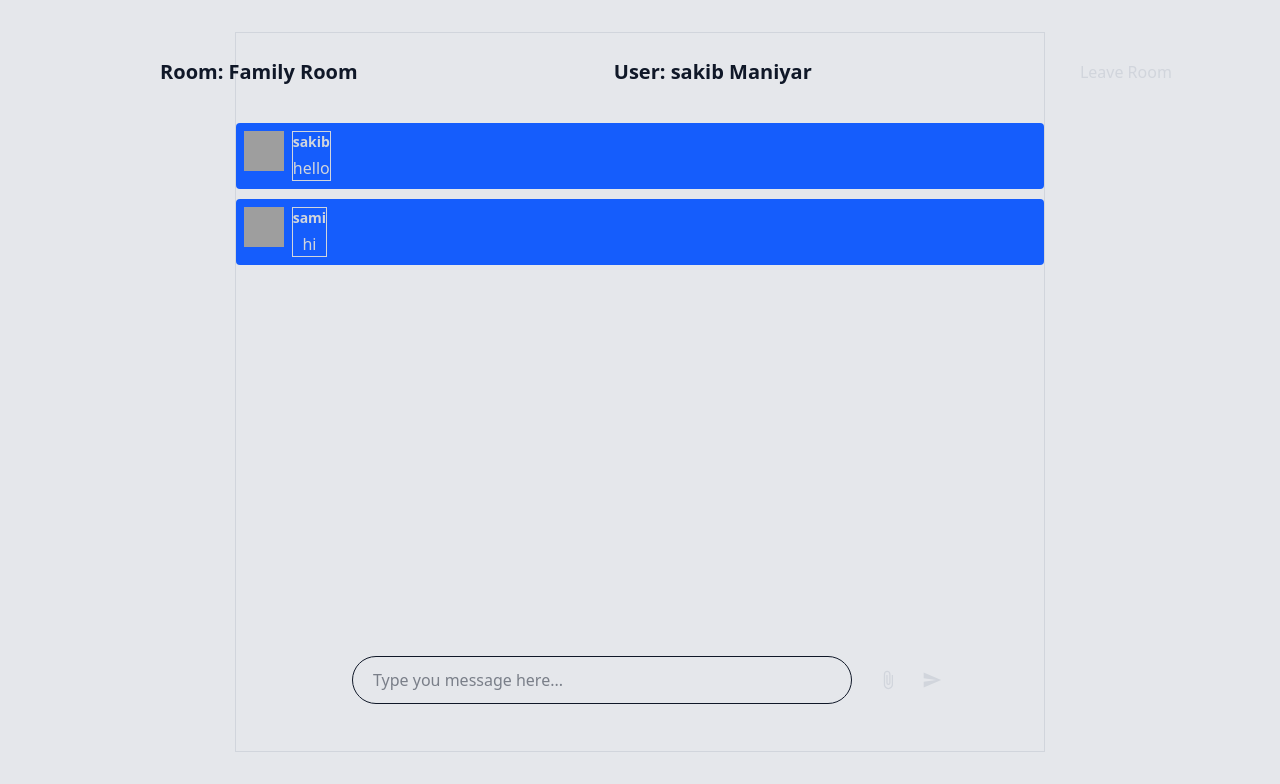
Repository: Saquib45/ChatApplication
Page: /chat (app in front-chat/)
These files come from the project's save history. The page is drawn as it stood at one moment and after the next save; the edit follows.
The browser window is 1280 px wide. The pictures show the whole page.
Pictures or frames that could not be fetched are drawn as grey boxes. The project was rebuilt for these pictures with package versions that can differ from the ones it lists, and the page was loaded fresh each time. Also part of the build but not shown: front-chat/vite.config.js, front-chat/src/components/JoinCreateChat.jsx, front-chat/src/App.jsx.

Above is the page before, as saved 2025-04-12 22:04:10.

### front-chat/index.html
<!doctype html>
<html lang="en" class="dark">
  <head>
    <meta charset="UTF-8" />
    <link rel="icon" type="image/svg+xml" href="/vite.svg" />
    <meta name="viewport" content="width=device-width, initial-scale=1.0" />
    <title>Room Chat App</title>
  </head>
  <body class="h-screen bg-gray-200 text-gray-900 dark:bg-gray-950 dark:text-gray-400">
    <div id="root"></div>
    <script type="module" src="/src/main.jsx"></script>
  </body>
</html>

### front-chat/src/main.jsx
import { StrictMode } from 'react'
import { createRoot } from 'react-dom/client'
import './index.css'
import { BrowserRouter} from 'react-router'
import AppRoutes from "./config/routes.jsx"
import { Toaster } from 'react-hot-toast'

createRoot(document.getElementById('root')).render(
  <StrictMode>
    <BrowserRouter>
      <Toaster/>
      <AppRoutes/>
    </BrowserRouter>
  </StrictMode>,
)

### front-chat/src/config/routes.jsx

import React from "react";
import { Routes,Route } from "react-router";
import App from "../App.jsx";
import ChatPage from "../components/ChatPage.jsx";
const AppRoutes = () => {
  return (
    <Routes>
        <Route path="/" element={<App />} />
        <Route path="/chat" element={<ChatPage/>} />
        <Route path="/about" element={<h1>This is about page</h1>} />
        <Route path="*" element={<h1>404 Not Found</h1>} />

      </Routes>
  );
}
export default AppRoutes;

### front-chat/src/components/ChatPage.jsx
import React from "react";
import {MdAttachFile, MdSend} from "react-icons/md";
import { useState ,useRef } from "react";

function ChatPage() {

    const [messages,setMessages]=useState([{content:"hello",sender:"sakib"},{content:"hi",sender:"sami"} ]);
    const [input,setInput]=useState("");
    const inputRef=useRef(null);
    const chatBoxRef=useRef(null);
    const [stompClient,setStompClient]=useState(null);
    const [roomId,setRoomId]=useState("");


    return(
        <div className="">
            {/* Header of the page */}
            <header className=" dark:border-gray-700 fixed w-full dark:bg-gray-900 py-5 flex justify-around items-center">

                {/* room name container */}
                <div>
                    <h1 className="text-xl font-semibold">Room: <span>Family Room</span></h1>
                </div>

                {/* username container */}
                <div>
                    <h1 className="text-xl font-semibold">
                        User: <span>sakib Maniyar</span>
                    </h1>
                </div>

                {/* button: leave room container */}
                <div>
                    <button className="dark:bg-red-500 hover:dark:bg-red-700 px-3 py-2 rounded-full text-gray-300">Leave Room</button>
                </div>
            </header>

            {/* chat container */}
            <main className="py-20 border w-2/3 dark:bg-slate-600 text-gray-300  mx-auto h-screen overflow-auto">
                {
                    messages.map((message,index)=>(
                        <div key={index} className="my-2.5 bg-blue-600 p-2 rounded">
                            <div className="flex flex-row gap-2">
                                <img className="h-10 w-10" src="https://avatar.iran.liara.run/public/43" alt="" />
                                <div className="border flex flex-col gap-1">
                                    <p className="text-sm font-bold">{message.sender}</p>
                                    <p>{message.content}</p>
                                </div>

                            </div>
                        </div>
                    ))
                }
            </main>


            {/* input message container */}
            <div className="fixed bottom-4 w-full h-12">
                <div className="h-full gap-4 pr-10 flex items-center justify-between  dark:border-gray-600 dark:bg-gray-900 rounded-full w-1/2 mx-auto">

                    <input type="text" placeholder="Type you message here..."

                        className="dark:border-gray-600  w-full border dark:bg-gray-800 rounded-full px-5 py-2 h-full  focus:outline-none"

                    />

                    <div className="flex gap-1">
                    <button className="dark:bg-purple-600  text-gray-300 h-10 w-10 flex justify-center items-center hover:dark:bg-purple-700 rounded-full">
                        <MdAttachFile size={20}/>
                    </button>
                    <button className="dark:bg-green-700  text-gray-300 h-10 w-10 flex justify-center items-center hover:dark:bg-green-800 rounded-full">
                        <MdSend size={20}/>
                    </button>
                    </div>
                </div>
            </div>
        </div>
    )
}

export default ChatPage;

Loaded but not shown: front-chat/src/index.css (common file); front-chat/src/App.css (common file)

After the next save:
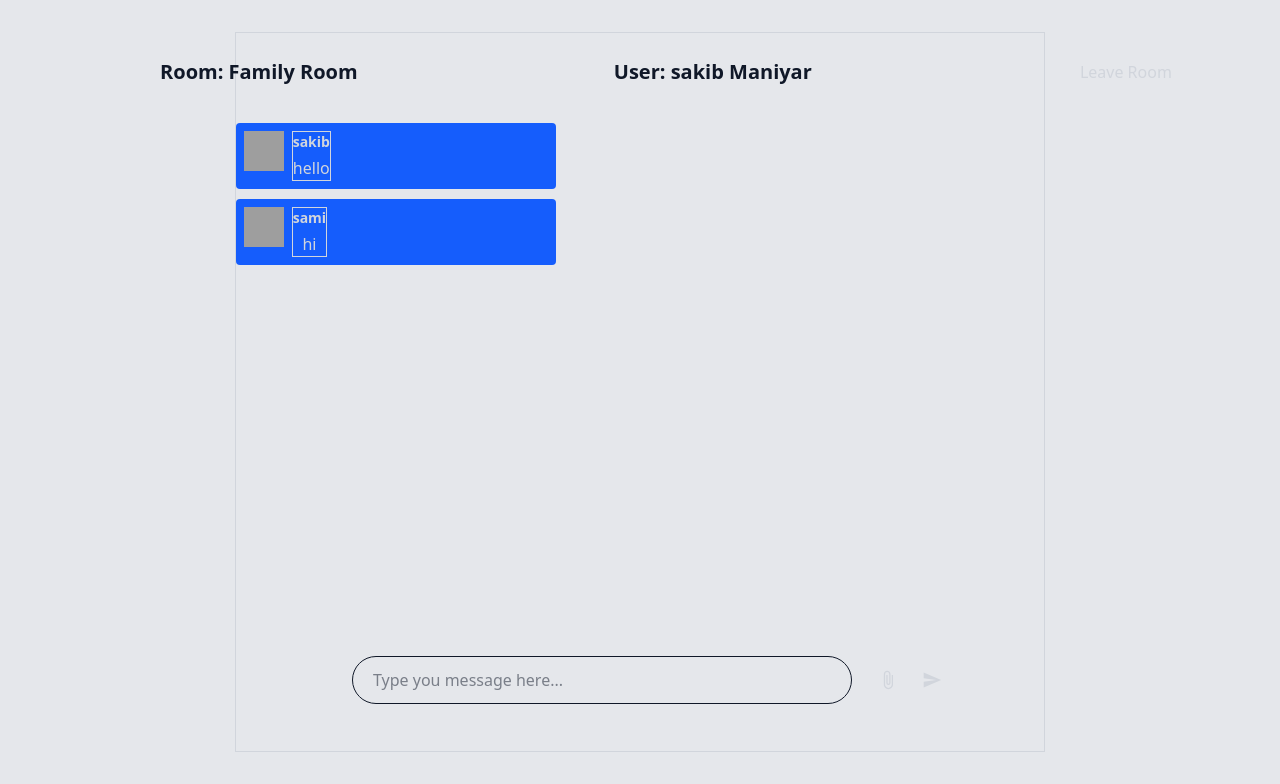
Saved 20 s later.
--- a/front-chat/src/components/ChatPage.jsx
+++ b/front-chat/src/components/ChatPage.jsx
@@ -39,7 +39,7 @@ function ChatPage() {
             <main className="py-20 border w-2/3 dark:bg-slate-600 text-gray-300  mx-auto h-screen overflow-auto">
                 {
                     messages.map((message,index)=>(
-                        <div key={index} className="my-2.5 bg-blue-600 p-2 rounded">
+                        <div key={index} className="my-2.5 bg-blue-600 w-xs p-2 rounded">
                             <div className="flex flex-row gap-2">
                                 <img className="h-10 w-10" src="https://avatar.iran.liara.run/public/43" alt="" />
                                 <div className="border flex flex-col gap-1">
